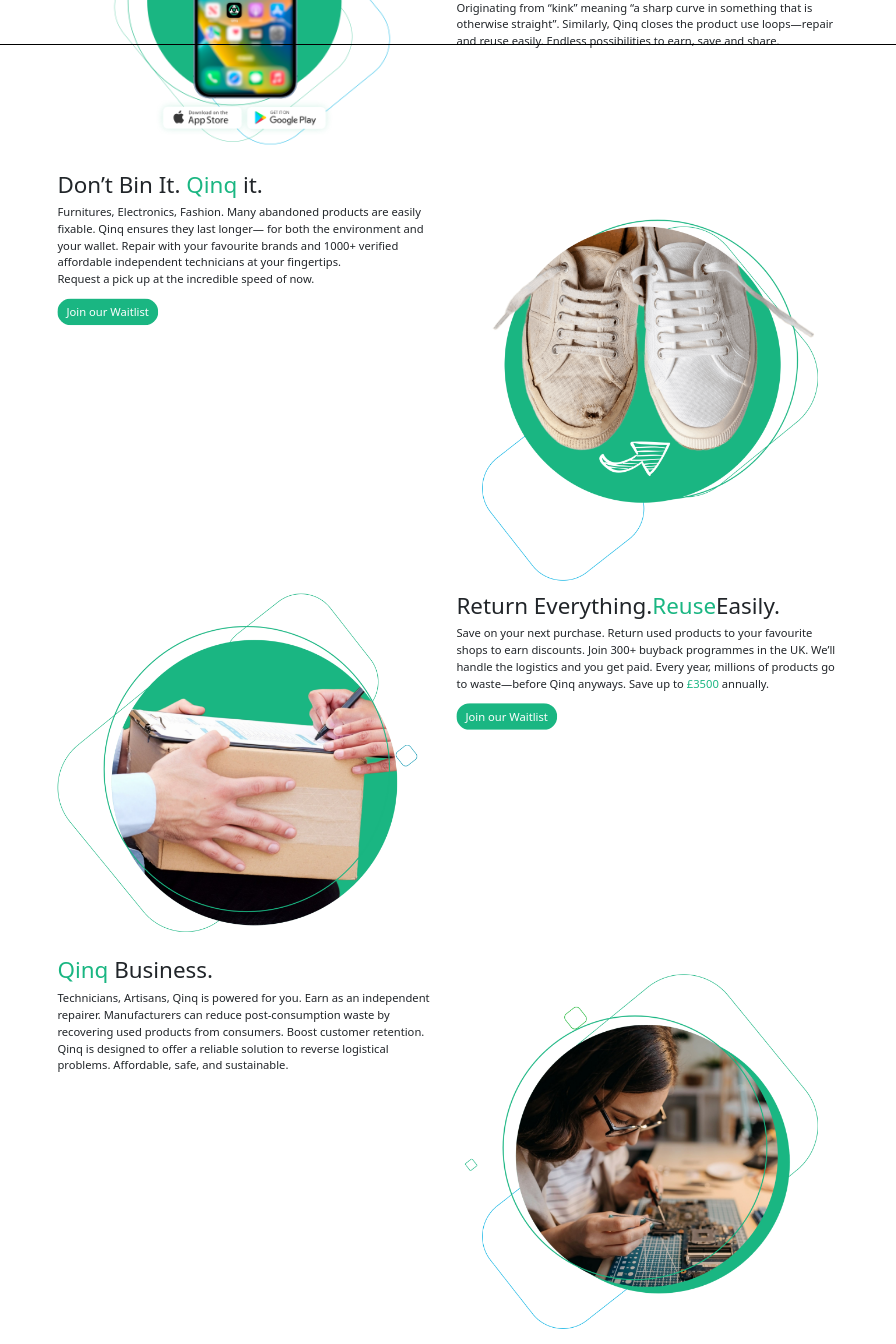
Repository: HelloQinq2023/qinq.github.io
Page: index.html
The author's editor kept a copy of each file at every save. The page is drawn from the files as they stood at one save, then again after the next save.
The browser window is 1280 px wide. The pictures show the part of the page from y = 302 to 2222 px (the page is 2751 px tall before and 2604 px after), at 70% of full size.

Above is the page before, as saved 2023-02-22 15:55:42.

After the next save:
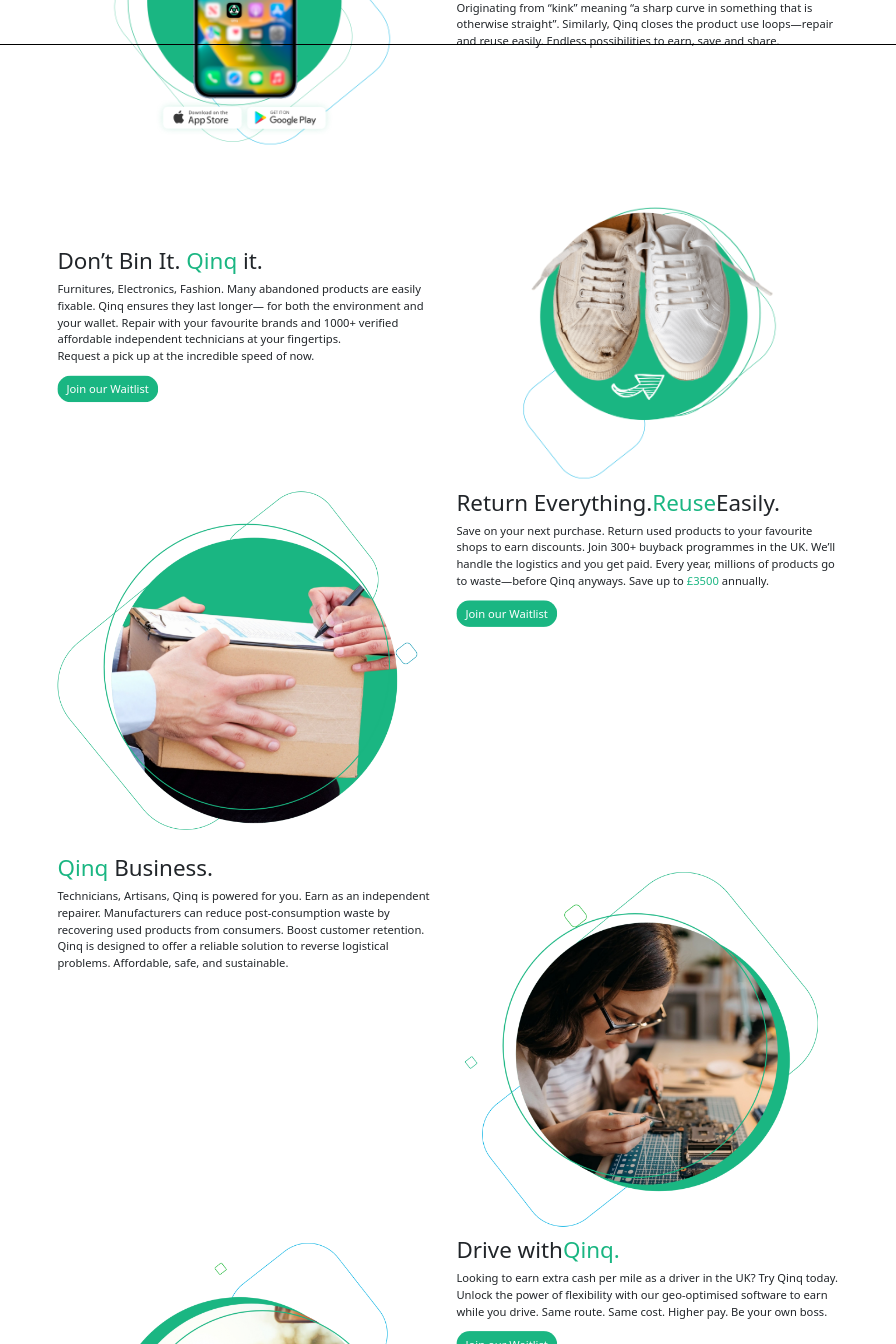
Saved 84 s later.
--- a/index.html
+++ b/index.html
@@ -48,17 +48,19 @@
 
         <div class="container py-3">
             <div class="row">
-                <div class="col-md-6 ">
-                    <h2>Don’t Bin It. <span class="green">Qinq</span> it.</h2>
-                    <p>Furnitures, Electronics, Fashion.
-                        Many abandoned products are easily fixable. Qinq ensures they last longer— for both the environment and your wallet.
-                        Repair with your favourite brands and 1000+ verified affordable independent technicians at your fingertips.
-                        <br>
-                        Request a pick up at the incredible speed of now.</p>
-                        <button class="btn greenbg text-white rounded-pill"> Join our Waitlist</button>
+                <div class="col-md-6 d-flex justify-content-center align-items-center">
+                    <div>
+                        <h2>Don’t Bin It. <span class="green">Qinq</span> it.</h2>
+                        <p>Furnitures, Electronics, Fashion.
+                            Many abandoned products are easily fixable. Qinq ensures they last longer— for both the environment and your wallet.
+                            Repair with your favourite brands and 1000+ verified affordable independent technicians at your fingertips.
+                            <br>
+                            Request a pick up at the incredible speed of now.</p>
+                            <button class="btn greenbg text-white rounded-pill"> Join our Waitlist</button>
+                    </div>
                 </div>
-                <div class="col-md-6">
-                    <img src="images/about2.png" class="w-100 img-fluid img-responsive img">
+                <div class="col-md-6 d-flex justify-content-center align-items-center">
+                    <img src="images/about2.png" class="w-75 img-fluid img-responsive img">
                 </div>
             </div>
 
